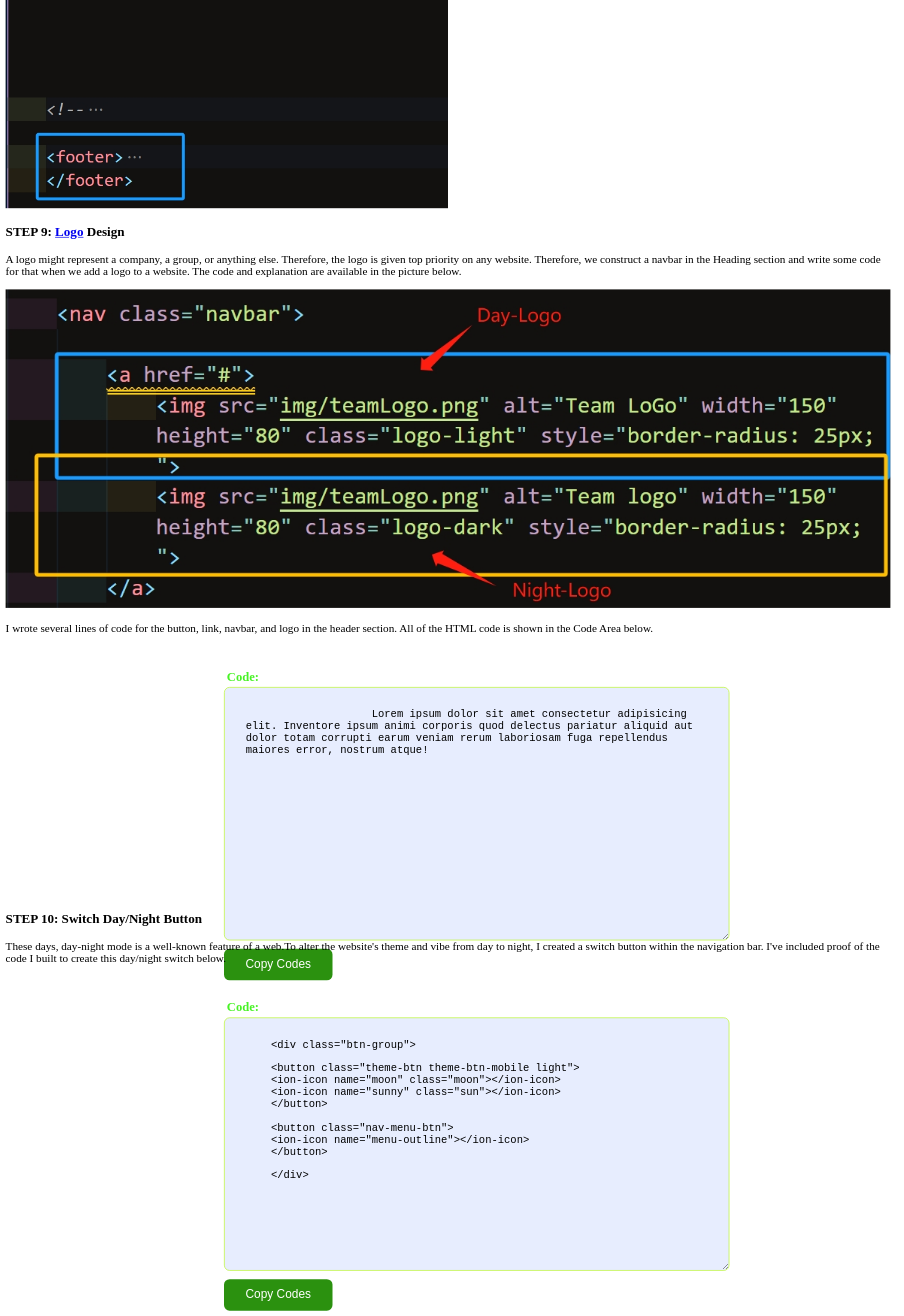
Repository: NexMaker-Fab/2023zjudem-INNOGENIUSES
Page: build web/page.html
An editor plug-in stored every save of this project. The page is shown before and after a run of saves, followed by the edit.
The browser window is 1280 px wide. The page is 1292 px wide, so the pictures cover 1292 px, including what lies to the right of the window. The pictures show the part of the page from y = 2769 to 4649 px (the page is 4649 px tall), at 70% of full size.

Above is the page before, as saved 2023-11-27 20:05:46.

After the next 2 saves:
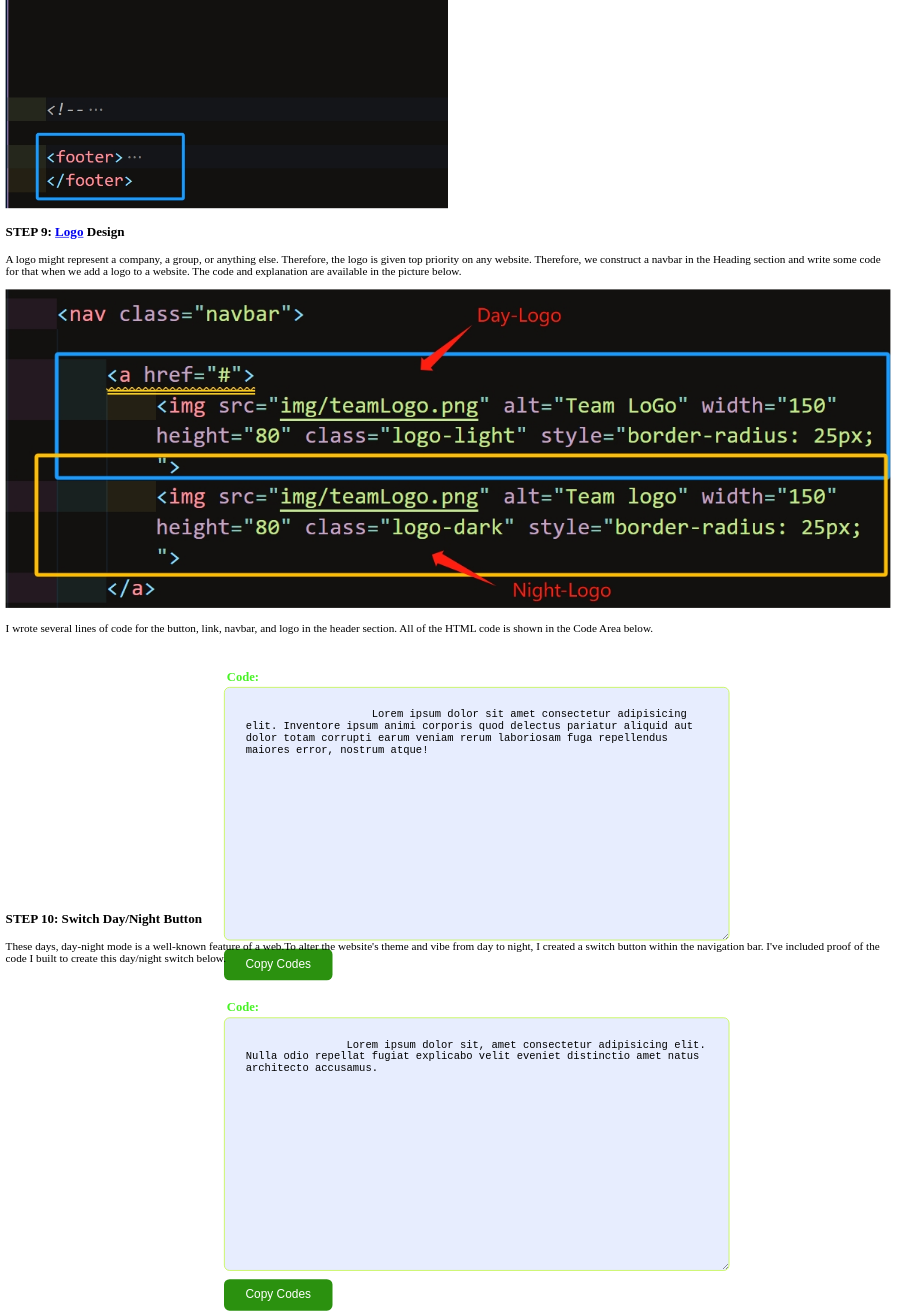
The 2 saves are shown as one change because they came seconds apart.
The last was saved 48 s later.
--- a/build web/page.html
+++ b/build web/page.html
@@ -65,18 +65,7 @@
         <div class="code-box codeBox">
             <div class="topic">Code:</div>
             <textarea id="codeBox" readonly>
-    <div class="btn-group">
-
-    <button class="theme-btn theme-btn-mobile light">
-    <ion-icon name="moon" class="moon"></ion-icon>
-    <ion-icon name="sunny" class="sun"></ion-icon>
-    </button>
-
-    <button class="nav-menu-btn">
-    <ion-icon name="menu-outline"></ion-icon>
-    </button>
-
-    </div>
+                Lorem ipsum dolor sit, amet consectetur adipisicing elit. Nulla odio repellat fugiat explicabo velit eveniet distinctio amet natus architecto accusamus.
             </textarea>
             <button id="codeButton">Copy Codes</button>
         </div>
